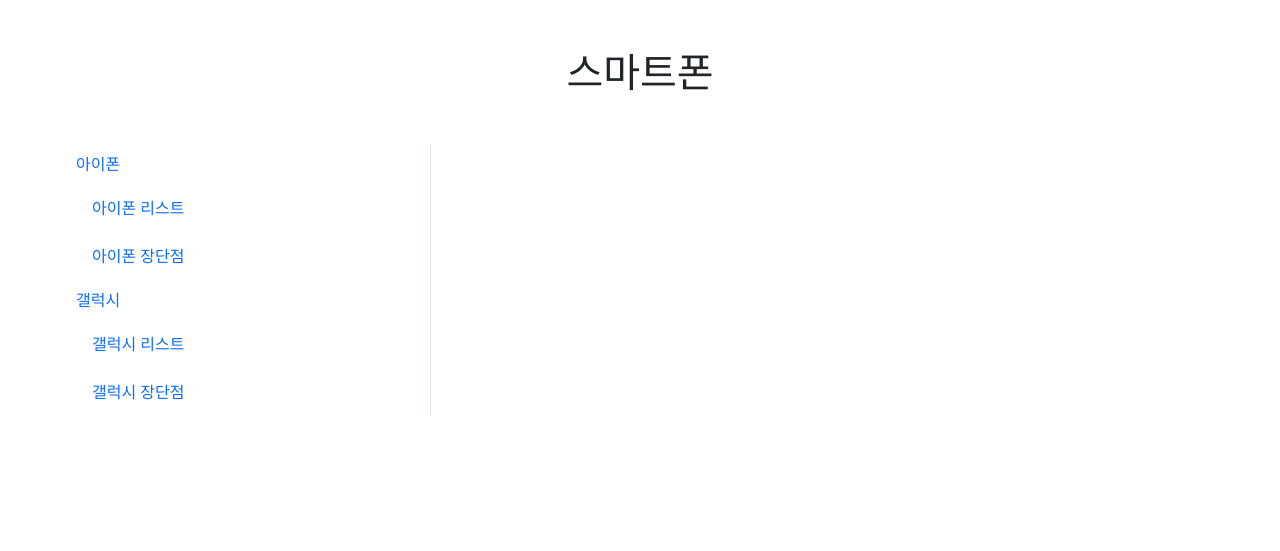
Repository: gwangso/web
Page: http://localhost/practice01/
The author's editor kept a copy of each file at every save. The page is drawn from the files as they stood at one save, then again after the next save.
The browser window is 1280 px wide. The pictures show the whole page.
Some web libraries are served in a nearby version. The page is served by Tomcat 9.

Above is the page before, as saved 2023-07-25 04:37:23.

After the next save:
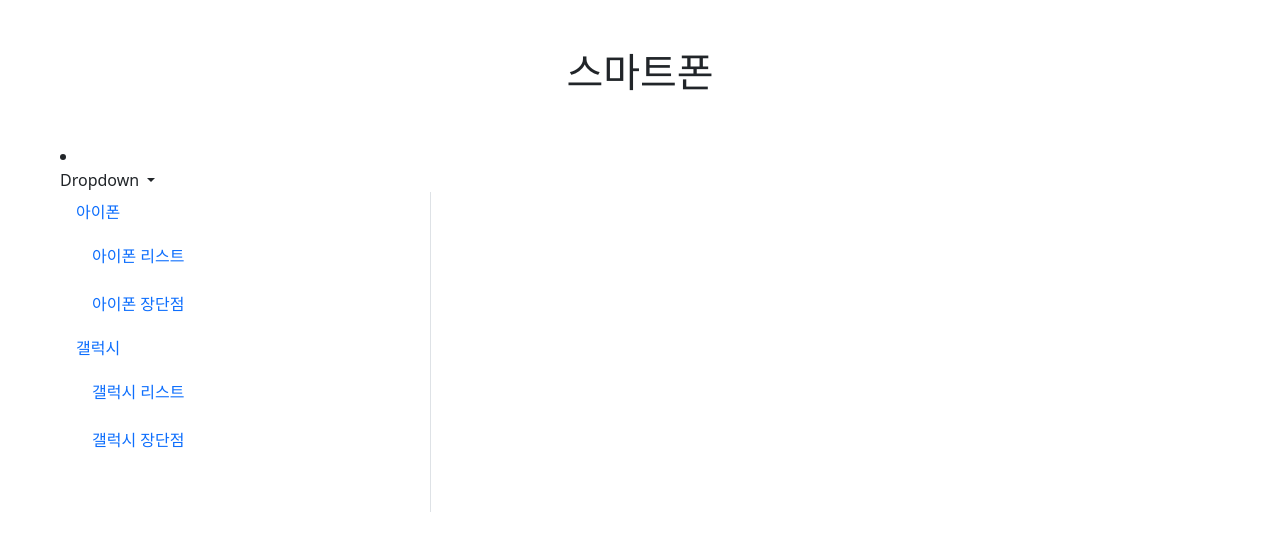
Saved 4 min 8 s later.
--- a/practice01/src/main/webapp/home.jsp
+++ b/practice01/src/main/webapp/home.jsp
@@ -30,18 +30,32 @@
 
 			<div class="row">
 				<div class="col-4">
+					<li class="nav-item dropdown"><a
+						class="nav-link dropdown-toggle" href="#" role="button"
+						data-bs-toggle="dropdown" aria-expanded="false"> Dropdown </a>
+						<ul class="dropdown-menu">
+							<li><a class="dropdown-item" href="#">Action</a></li>
+							<li><a class="dropdown-item" href="#">Another action</a></li>
+							<li><hr class="dropdown-divider"></li>
+							<li><a class="dropdown-item" href="#">Something else
+									here</a></li>
+						</ul>
+					</li>
+
 					<nav id="navbar-example3"
 						class="h-100 flex-column align-items-stretch pe-4 border-end">
 						<nav class="nav nav-pills flex-column">
 							<a class="nav-link" href="#item-1">아이폰</a>
 							<nav class="nav nav-pills flex-column">
-								<a class="nav-link ms-3 my-1" href="/smartphone/iphones/list">아이폰 리스트</a> <a
-									class="nav-link ms-3 my-1" href="/smartphone/iphones/prosandcons">아이폰 장단점</a>
+								<a class="nav-link ms-3 my-1" href="/smartphone/iphones/list">아이폰
+									리스트</a> <a class="nav-link ms-3 my-1"
+									href="/smartphone/iphones/prosandcons">아이폰 장단점</a>
 							</nav>
 							<a class="nav-link" href="#item-2">갤럭시</a>
 							<nav class="nav nav-pills flex-column">
-								<a class="nav-link ms-3 my-1" href="/smartphone/galaxies/list">갤럭시 리스트</a> <a
-									class="nav-link ms-3 my-1" href="/smartphone/galaxies/prosandcons">갤럭시 장단점</a>
+								<a class="nav-link ms-3 my-1" href="/smartphone/galaxies/list">갤럭시
+									리스트</a> <a class="nav-link ms-3 my-1"
+									href="/smartphone/galaxies/prosandcons">갤럭시 장단점</a>
 							</nav>
 						</nav>
 					</nav>
